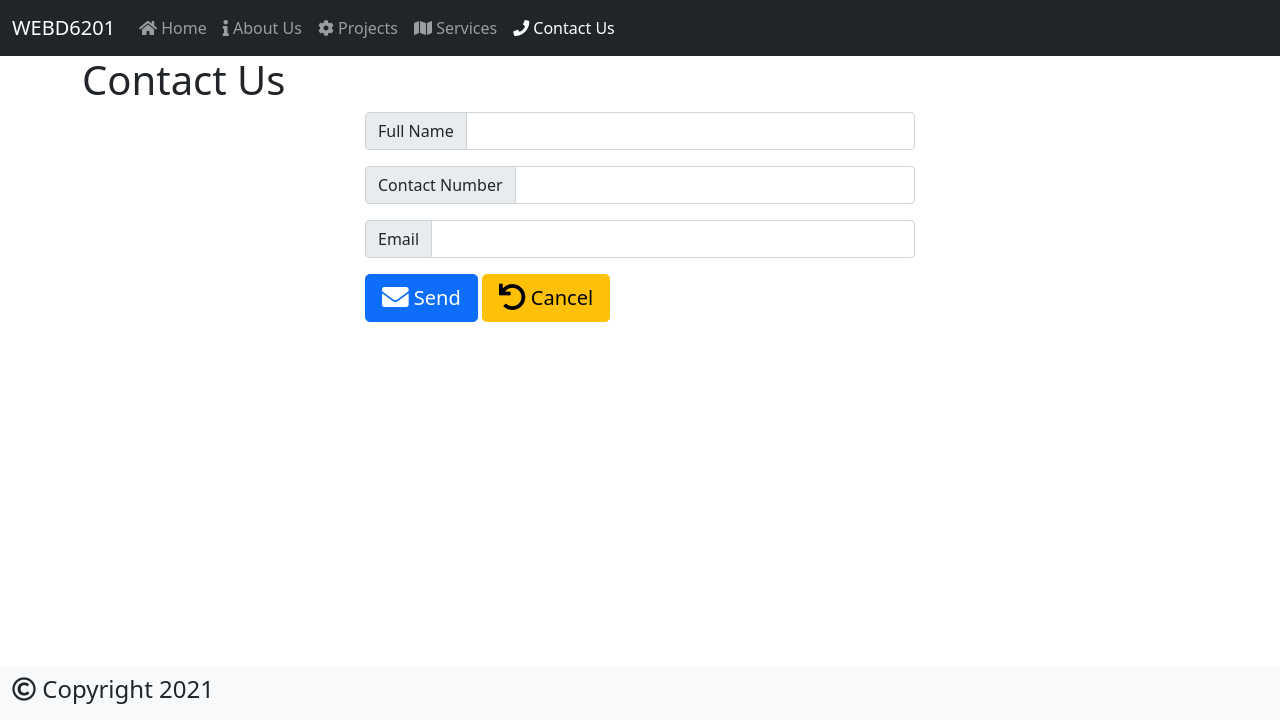
Repository: spencernewellevans/WEBD6201-ICE01
Page: contact.html
An editor plug-in stored every save of this project. The page is shown before and after the next save, followed by the edit.
The browser window is 1280 px wide. The pictures show the whole page.

Above is the page before, as saved 2021-01-22 21:47:40.

### contact.html
<!DOCTYPE html>
<html lang="en">
<head>
    <meta charset="UTF-8">
    <meta name="viewport" content="width=device-width, initial-scale=1.0">
    <title>Contact</title>
    <!-- CSS Section-->
    <link rel="stylesheet" href="./node_modules/bootstrap/dist/css/bootstrap.min.css">
    <link rel="stylesheet" href="./node_modules/@fortawesome/fontawesome-free/css/all.min.css">
    <link rel="stylesheet" href="./Content/app.css">
</head>
<body>
    <!-- Main Header -->
    <header>
        <!-- Main Navigation -->
        <nav class="navbar navbar-expand-lg navbar-dark bg-dark">
            <div class="container-fluid">
              <a class="navbar-brand" href="#=index.html">WEBD6201</a>
              <button class="navbar-toggler" type="button" data-bs-toggle="collapse" data-bs-target="#navbarSupportedContent" aria-controls="navbarSupportedContent" aria-expanded="false" aria-label="Toggle navigation">
                <span class="navbar-toggler-icon"></span>
              </button>
              <div class="collapse navbar-collapse" id="navbarSupportedContent">
                <ul class="navbar-nav me-auto mb-2 mb-lg-0">
                  <li class="nav-item">
                    <a class="nav-link" aria-current="page" href="index.html"><i class="fas fa-home fa-large"></i> Home</a>
                  </li>

                  <li class="nav-item">
                    <a class="nav-link" aria-current="page" href="about.html"><i class="fas fa-info fa-large"></i> About Us</a>
                  </li>

                  <li class="nav-item">
                    <a class="nav-link" aria-current="page" href="projects.html"><i class="fas fa-cog fa-large"></i> Projects</a>
                  </li>

                  <li class="nav-item">
                    <a class="nav-link" aria-current="page" href="services.html"><i class="fas fa-map fa-large"></i> Services</a>
                  </li>

                  <li class="nav-item">
                    <a class="nav-link active" aria-current="page" href="contact.html"><i class="fas fa-phone fa-large"></i> Contact Us</a>
                  </li>
                </ul>
              </div>
            </div>
          </nav>
    </header>

    <!-- Main Content -->
    <main class="container">
        <h1>Contact Us</h1>
        <div id="messageArea" class="alert alert-danger">Default message</div>

        <div class="row justify-content-md-center g-3">
          <form class="col-lg-6 col-md-8 col-sm-10">

            <div class="input-group mb-3">
              <span class="input-group-text" id="inputGroup-sizing-default">Full Name</span>
              <input id="fullName" type="text" class="form-control" aria-label="Full name" aria-describedby="Full Name input" name="fullName" required>
            </div>

            <div class="input-group mb-3">
              <span class="input-group-text" id="inputGroup-sizing-default">Contact Number</span>
              <input id="contactNumber" type="tel" class="form-control" aria-label="Contact Number" aria-describedby="Contact Number Input" name="contactNumber" required>
            </div>

            <div class="input-group mb-3">
              <span class="input-group-text" id="inputGroup-sizing-default">Email</span>
              <input id="emailAddress" type="email" class="form-control" aria-label="Email Address" aria-describedby="Email Address Input" name="emailAddress" required>
            </div>

            <button type="submit" class="btn btn-primary btn-lg"><i class="fas fa-envelope fa-lg"></i> Send</button>
            <button type="reset" class="btn btn-warning btn-lg"><i class="fas fa-undo fa-lg"></i> Cancel</button>
          </form>
        </div>


    </main>

    <!-- Main Footer -->
    <footer>
        <nav class="navbar fixed-bottom navbar-light bg-light">
            <div class="container-fluid">
              <h4><i class="far fa-copyright fa-large"></i> Copyright 2021</h4>
            </div>
          </nav>
    </footer>

    <!-- Script Section -->
    <script src="./node_modules/jquery/dist/jquery.min.js"></script>
    <script src="./node_modules/bootstrap/dist/js/bootstrap.bundle.min.js"></script>
    <script src="./Scripts/app.js"></script>
</body>
</html>

### content/app.css
/* Custom CSS goes here */

### scripts/app.js
/* Custom JavaScript goes here */

// IIFE - Immediately Invoked Function Expression
// Anonymous self-executing expression
// limits scope leak

"use strict";

(function()
{
    function displayHome()
    {
        let paragraphOneText = "This is a simple site to demonstrate DOM manipulation for ICE 1";

        let paragraphOneElement = document.getElementById("paragraphOne");

        paragraphOneElement.textContent = paragraphOneText;
        paragraphOneElement.className = "fs-5"

        // CREATION
        // Step 1. create the element
        let newParagraph = document.createElement("p");
        // Step 2. configure the element
        newParagraph.setAttribute("id","paragraphTwo");
        newParagraph.textContent = "...And this is paragraph two"
        // Step 3. select parent element
        let mainContent = document.getElementsByTagName("main")[0];
        // Step 3. insert the element
        mainContent.appendChild(newParagraph);
        newParagraph.className = "fs-6";

        let paragraphDiv = document.createElement("div");
        let paragraphThree =  `<p id="paragraphThree" class="fs-7 fw-bold">And this is the third paragraph</p>`;
        paragraphDiv.innerHTML = paragraphThree;

        // INSERTION
        // insertion before a node example
        //newParagraph.before(paragraphDiv);

        // insertion after a node example
        newParagraph.after(paragraphDiv);

        // DELETION
        // example of removing a single element
        //paragraphOneElement.remove();

        // removeChild example
        mainContent.removeChild(paragraphOneElement);

        // MODIFICATION
        //mainContent.firstElementChild.textContent = "Welcome Home!"
        mainContent.innerHTML =
        `<h1 id="firstHeading">Welcome to WEBD6201 - Lab 1</h1>
        <p id="paragraphOne" class="fs-3">This is the first paragraph</p>
        `;
    }

    function displayAbout()
    {

    }

    function displayProjects()
    {

    }

    function displayServices()
    {

    }

    function displayContact()
    {
        let messageArea = document.getElementById("messageArea");
        messageArea.hidden = true;

        //form validation

        let fullName = document.getElementById("fullName");
        fullName.addEventListener("blur", function(){
            if(fullName.value.length < 2)
            {
                fullName.focus();
            }

        });
    }

    function Start()
    {
        console.log("App Started...");

        switch (document.title)
        {
          case "Home":
            displayHome();
            break;
          case "About":
            displayAbout();
            break;
          case "Projects":
            displayProjects();
            break;
          case "Services":
            displayServices();
            break;
          case "Contact":
            displayContact();
            break;
        }



    }

    window.addEventListener("load", Start);

})();

Loaded but not shown: node_modules/bootstrap/dist/css/bootstrap.min.css (library); node_modules/@fortawesome/fontawesome-free/css/all.min.css (library); node_modules/jquery/dist/jquery.min.js (library); node_modules/bootstrap/dist/js/bootstrap.bundle.min.js (library)

After the next save:
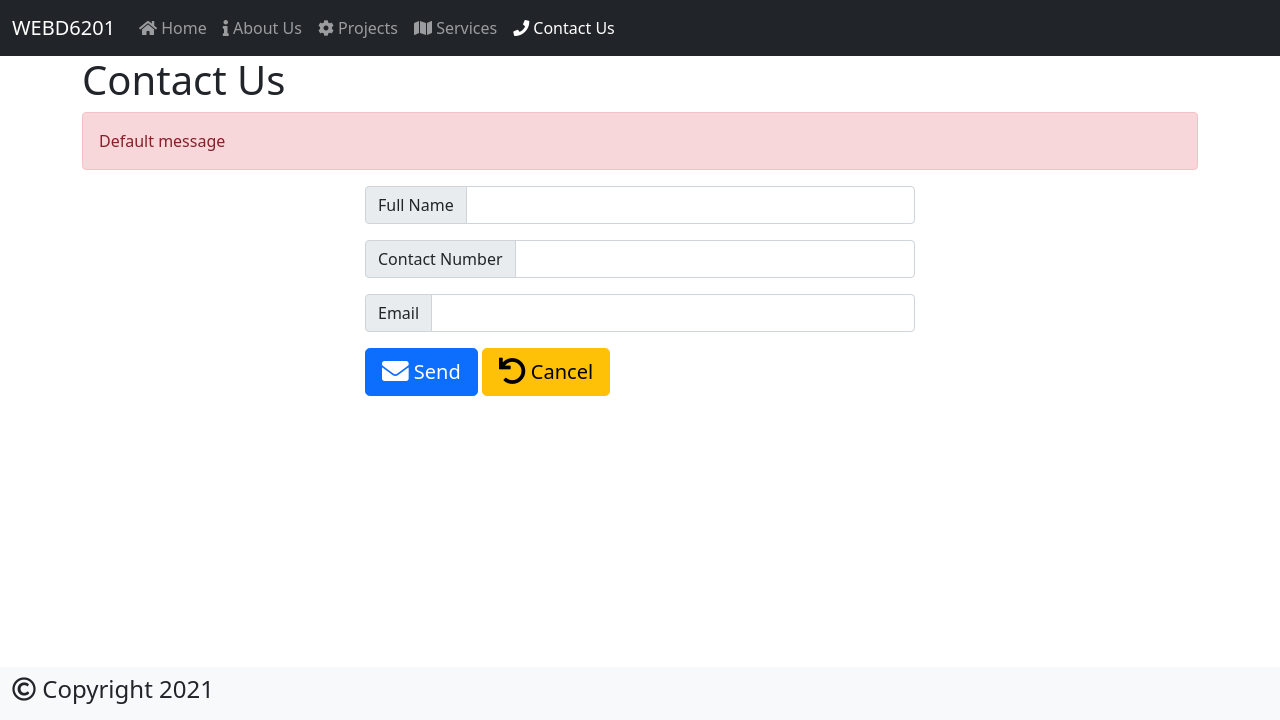
Saved 12 s later.
--- a/scripts/app.js
+++ b/scripts/app.js
@@ -73,7 +73,7 @@
     function displayContact()
     {
         let messageArea = document.getElementById("messageArea");
-        messageArea.hidden = true;
+        //messageArea.hidden = true;
 
         //form validation
 
